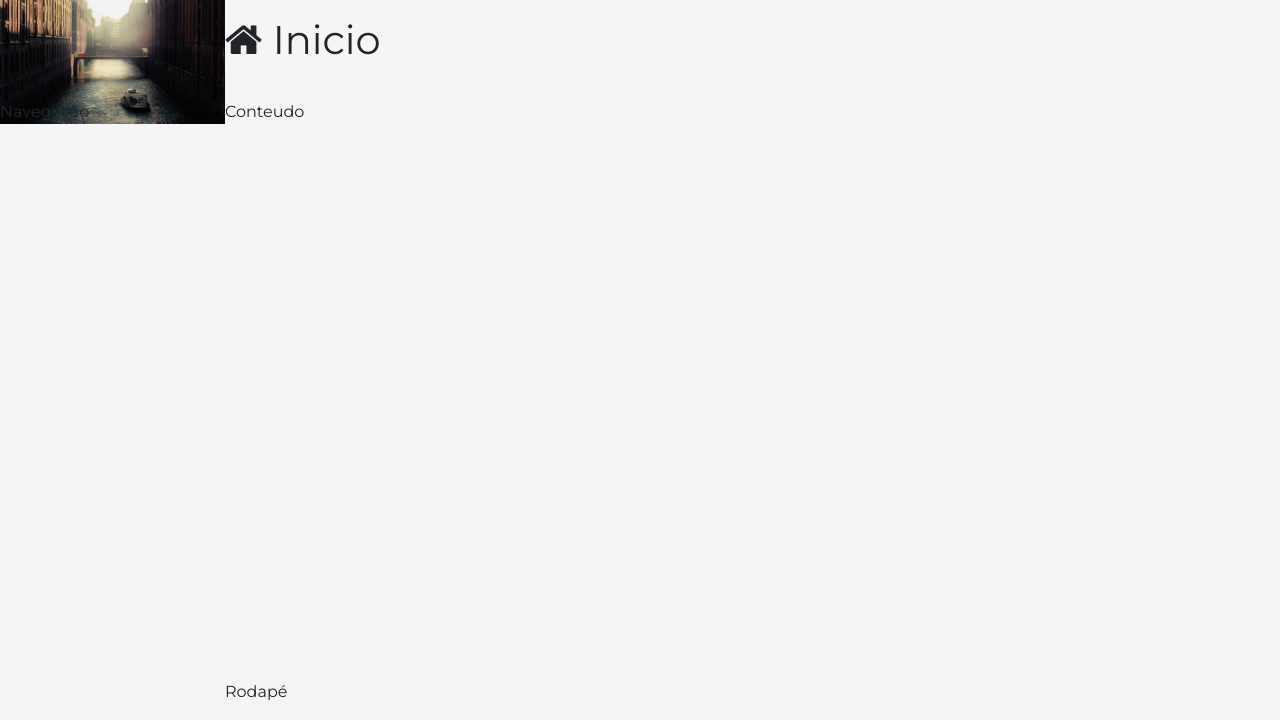
Repository: eversonps/projeto-cadastro-usuarios-firebase
Page: /users (app in frontend/)
The author's editor kept a copy of each file at every save. The page is drawn from the files as they stood at one save, then again after the next save.
The browser window is 1280 px wide. The pictures show the whole page.
The project was rebuilt for these pictures with package versions that can differ from the ones it lists, and the page was loaded fresh each time. Also part of the build but not shown: frontend/src/components/template/nav.css, frontend/src/components/template/header.css, frontend/src/components/template/footer.css.

Above is the page before, as saved 2022-03-22 12:55:53.

After the next save:
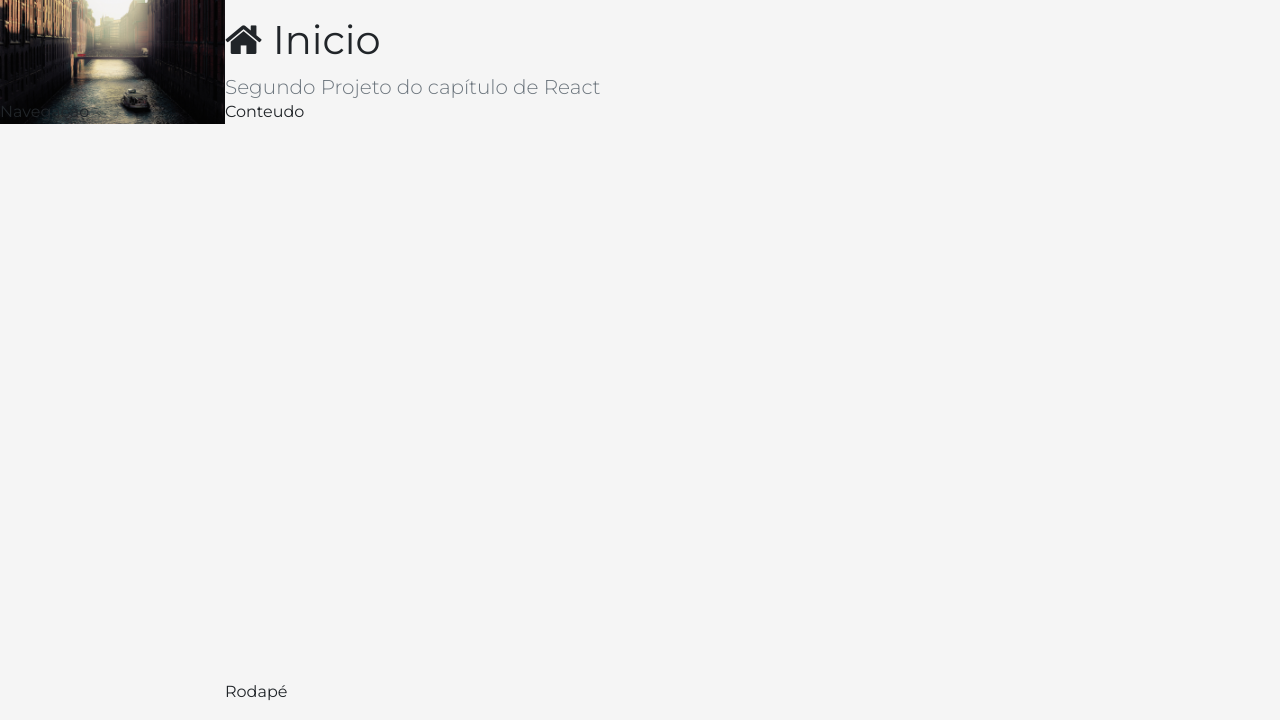
Saved 3 min 32 s later.
--- a/frontend/src/components/template/header.jsx
+++ b/frontend/src/components/template/header.jsx
@@ -6,5 +6,6 @@ export default props => (
         <h1 className="mt-3">
             <i className={`fa fa-${props.icon}`}></i> {props.title}
         </h1>
+        <p className="lead text-muted">{props.subtitle}</p>
     </header>
 )
